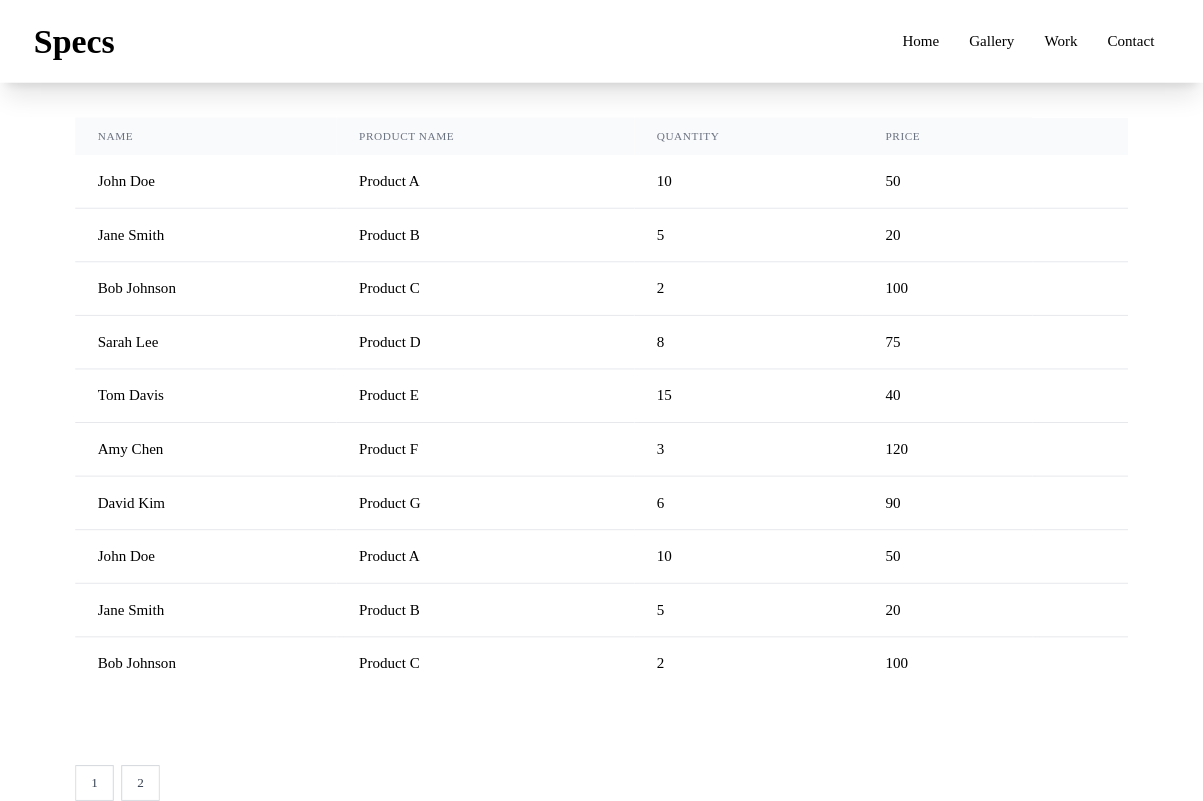
Repository: rushit163/frames-ecommerce
Page: /
These files come from the project's save history. The page is drawn as it stood at one moment and after a run of saves; the edit follows.
The browser window is 1280 px wide. The pictures show the whole page, at 94% of full size.
The project was rebuilt for these pictures with package versions that can differ from the ones it lists, and the page was loaded fresh each time. The framework's server and built-in components were replaced by stand-ins that run in the browser. Also part of the build but not shown: next.config.js.

Above is the page before, as saved 2023-05-06 06:58:00.

After the next 2 saves:
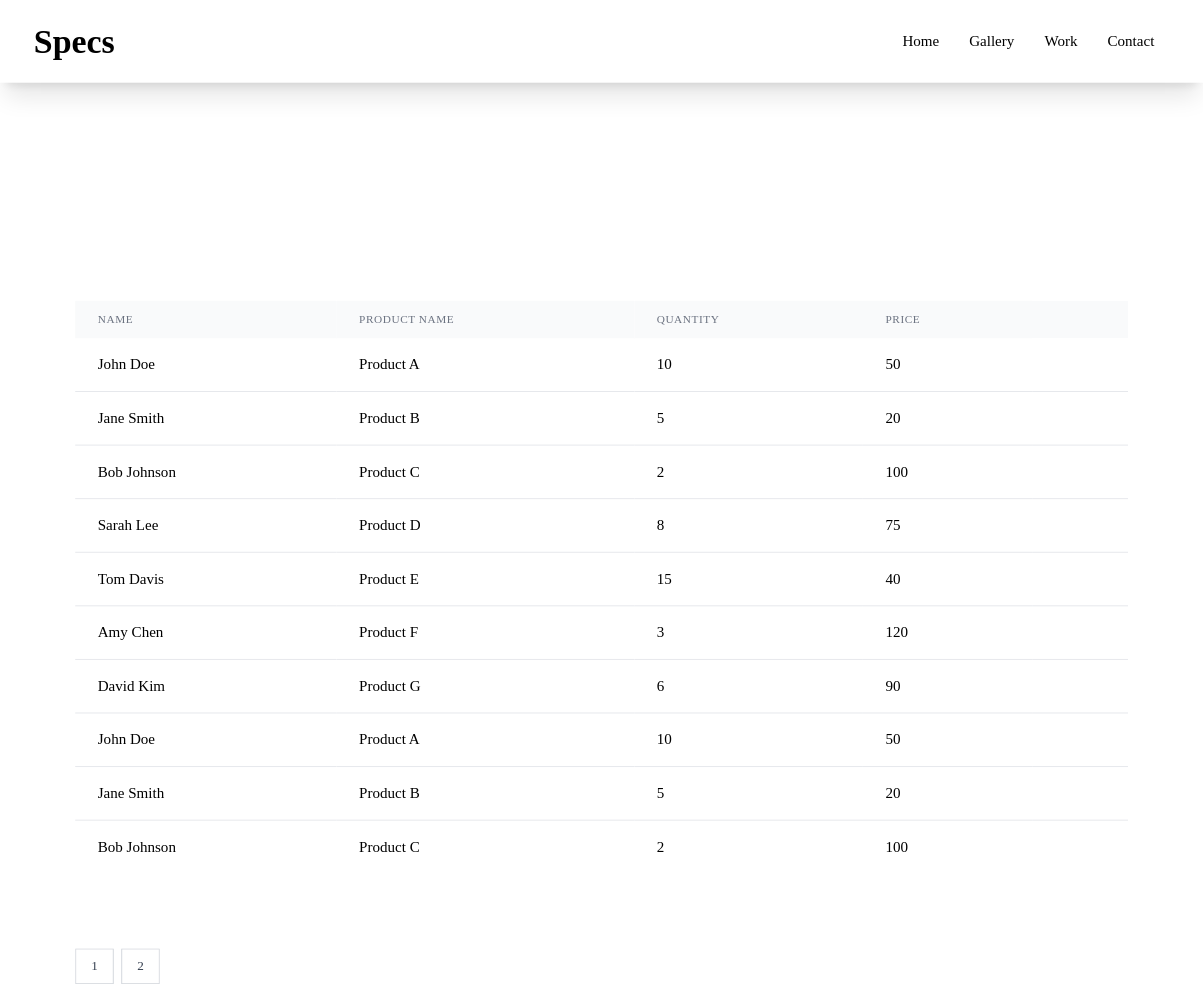
The 2 saves are shown as one change because 1 did not build or start.
The last was saved 3 min 37 s later.
--- a/pages/Admin_homePage.tsx
+++ b/pages/Admin_homePage.tsx
@@ -132,67 +132,65 @@ const products = [
     });
 
     return (
-    <>
-    <Navbar/>
-    <div className="flex items-center justify-center h-screen md:pl-20 md:pr-20">
-  <div className="w-full h-200">
-    <table className="w-full h-32 mt-20 mb-20">
-      <thead className="bg-gray-50">
-        <tr>
-          <th
-            scope="col"
-            className="px-6 py-3 text-left text-xs font-medium text-gray-500 uppercase tracking-wider"
-          >
-            Name
-          </th>
-          <th
-            scope="col"
-            className="px-6 py-3 text-left text-xs font-medium text-gray-500 uppercase tracking-wider"
-          >
-            Product Name
-          </th>
-          <th
-            scope="col"
-            className="px-6 py-3 text-left text-xs font-medium text-gray-500 uppercase tracking-wider"
-          >
-            Quantity
-          </th>
-          <th
-            scope="col"
-            className="px-6 py-3 text-left text-xs font-medium text-gray-500 uppercase tracking-wider"
-          >
-            Price
-          </th>
-          <th scope="col" className="relative px-6 py-3">
-            <span className="sr-only">Edit</span>
-          </th>
-        </tr>
-      </thead>
-      <tbody className="bg-white divide-y divide-gray-200">
-        {currentItems.length === 0 ? (
-          <tr>
-            <td colSpan="5" className="text-center p-4">
-              <h1>No items present in the table</h1>
-            </td>
-          </tr>
-        ) : (
-          currentItems.map((product) => (
-            <tr key={product.id} className="hover:bg-gray-100">
-              <td className="px-6 py-4 whitespace-nowrap">{product.name}</td>
-              <td className="px-6 py-4 whitespace-nowrap">{product.productName}</td>
-              <td className="px-6 py-4 whitespace-nowrap">{product.quantity}</td>
-              <td className="px-6 py-4 whitespace-nowrap">{product.price}</td>
-            </tr>
-          ))
-        )}
-      </tbody>
-    </table>
-    <ul className="flex space-x-2 mt-4">{renderPageNumbers}</ul>
-  </div>
-</div>
-    </>
-
-
+      <>
+        <Navbar/>
+        <div className="flex items-center justify-center h-screen md:pl-20 md:pr-20">
+          <div className="w-full" style={{height: "calc(80vh - 10rem)"}}>
+            <table className="w-full mt-20 mb-20">
+              <thead className="bg-gray-50">
+                <tr>
+                  <th
+                    scope="col"
+                    className="px-6 py-3 text-left text-xs font-medium text-gray-500 uppercase tracking-wider"
+                  >
+                    Name
+                  </th>
+                  <th
+                    scope="col"
+                    className="px-6 py-3 text-left text-xs font-medium text-gray-500 uppercase tracking-wider"
+                  >
+                    Product Name
+                  </th>
+                  <th
+                    scope="col"
+                    className="px-6 py-3 text-left text-xs font-medium text-gray-500 uppercase tracking-wider"
+                  >
+                    Quantity
+                  </th>
+                  <th
+                    scope="col"
+                    className="px-6 py-3 text-left text-xs font-medium text-gray-500 uppercase tracking-wider"
+                  >
+                    Price
+                  </th>
+                  <th scope="col" className="relative px-6 py-3">
+                    <span className="sr-only">Edit</span>
+                  </th>
+                </tr>
+              </thead>
+              <tbody className="bg-white divide-y divide-gray-200">
+                {currentItems.length === 0 ? (
+                  <tr>
+                    <td colSpan="5" className="text-center p-4">
+                      <h1>No items present in the table</h1>
+                    </td>
+                  </tr>
+                ) : (
+                  currentItems.map((product) => (
+                    <tr key={product.id} className="hover:bg-gray-100">
+                      <td className="px-6 py-4 whitespace-nowrap">{product.name}</td>
+                      <td className="px-6 py-4 whitespace-nowrap">{product.productName}</td>
+                      <td className="px-6 py-4 whitespace-nowrap">{product.quantity}</td>
+                      <td className="px-6 py-4 whitespace-nowrap">{product.price}</td>
+                    </tr>
+                  ))
+                )}
+              </tbody>
+            </table>
+            <ul className="flex space-x-2 mt-4">{renderPageNumbers}</ul>
+          </div>
+        </div>
+      </>
     );
   };
 
